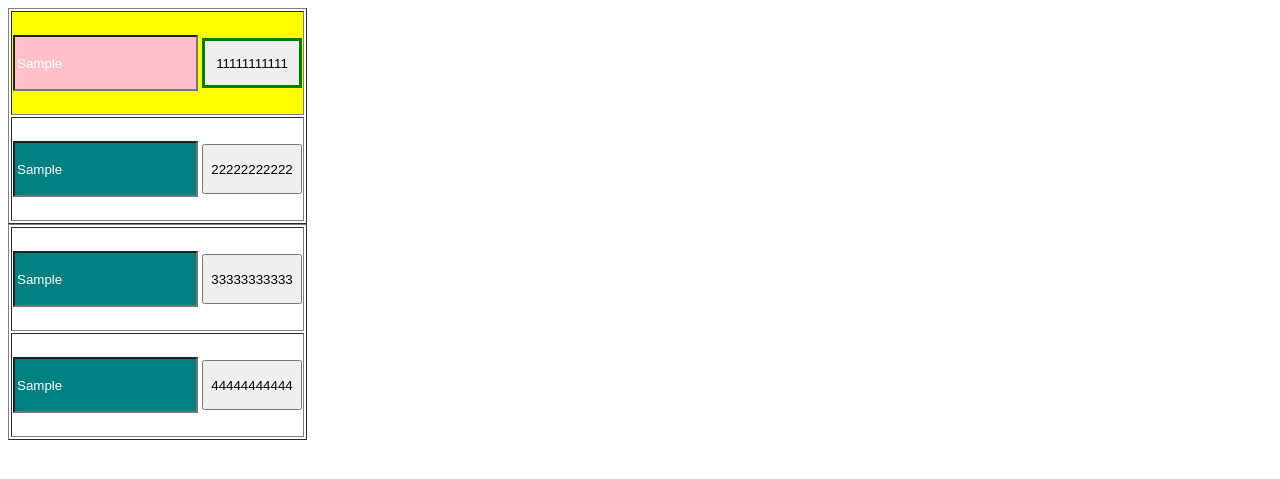
Repository: AgentHyun/FishDalle3
Page: Feb14_1_jQuery/WebContent/2_DOM_Select.html
The author's editor kept a copy of each file at every save. The page is drawn from the files as they stood at one save, then again after the next save.
The browser window is 1280 px wide. The pictures show the whole page.
Empty fields were first filled with sample values (such as "Sample", 5 or name@example.com).
After loading, the first visible `td` was clicked once.

Above is the page before, as saved 2025-02-14 02:55:30.

After the next save:
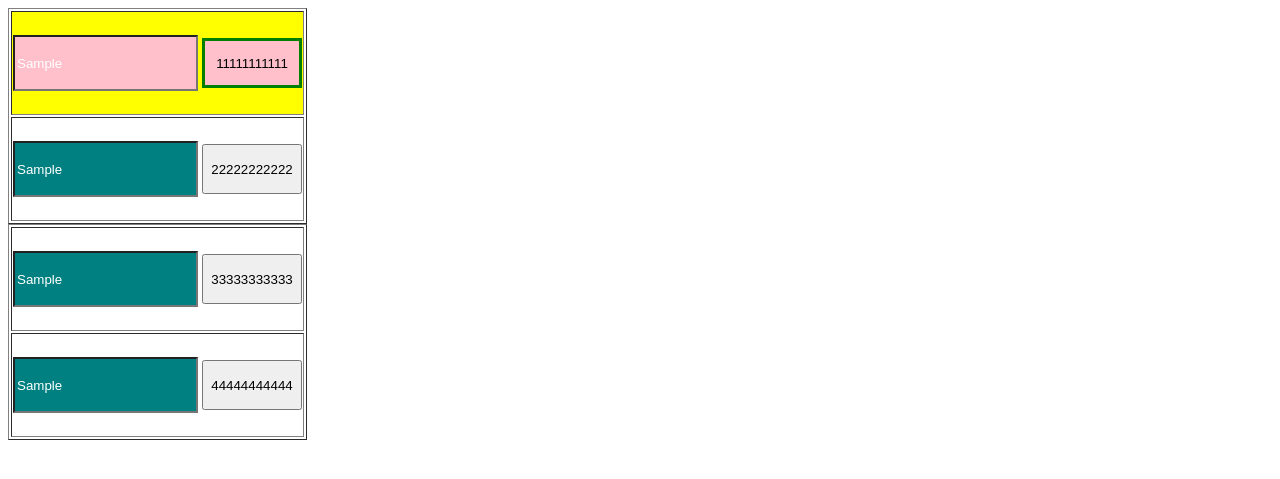
Saved 29 s later.
--- a/Feb14_1_jQuery/WebContent/2_DOM_Select.html
+++ b/Feb14_1_jQuery/WebContent/2_DOM_Select.html
@@ -56,8 +56,8 @@ $(function(){
     	 //td를 클릭했을 때 누른 td의 배경색을 노란색
  	  $(this).css("background-color", "yellow");
  	// td를 클릭했을 때 그 td속에 있는 모든 것들의 배경색을 핑크색
- 	  $(this).find("input","button").css("background-color", "pink");
-
+ 	  $(this).find("input").css("background-color", "pink");
+ 	 $(this).find("button").css("background-color", "pink");
     	//  $(this).css("background-color", "pink");
 
     	 // td를 클릭했을 때 그 td속에 들어있는 버튼의 테두리색 (색자유)
